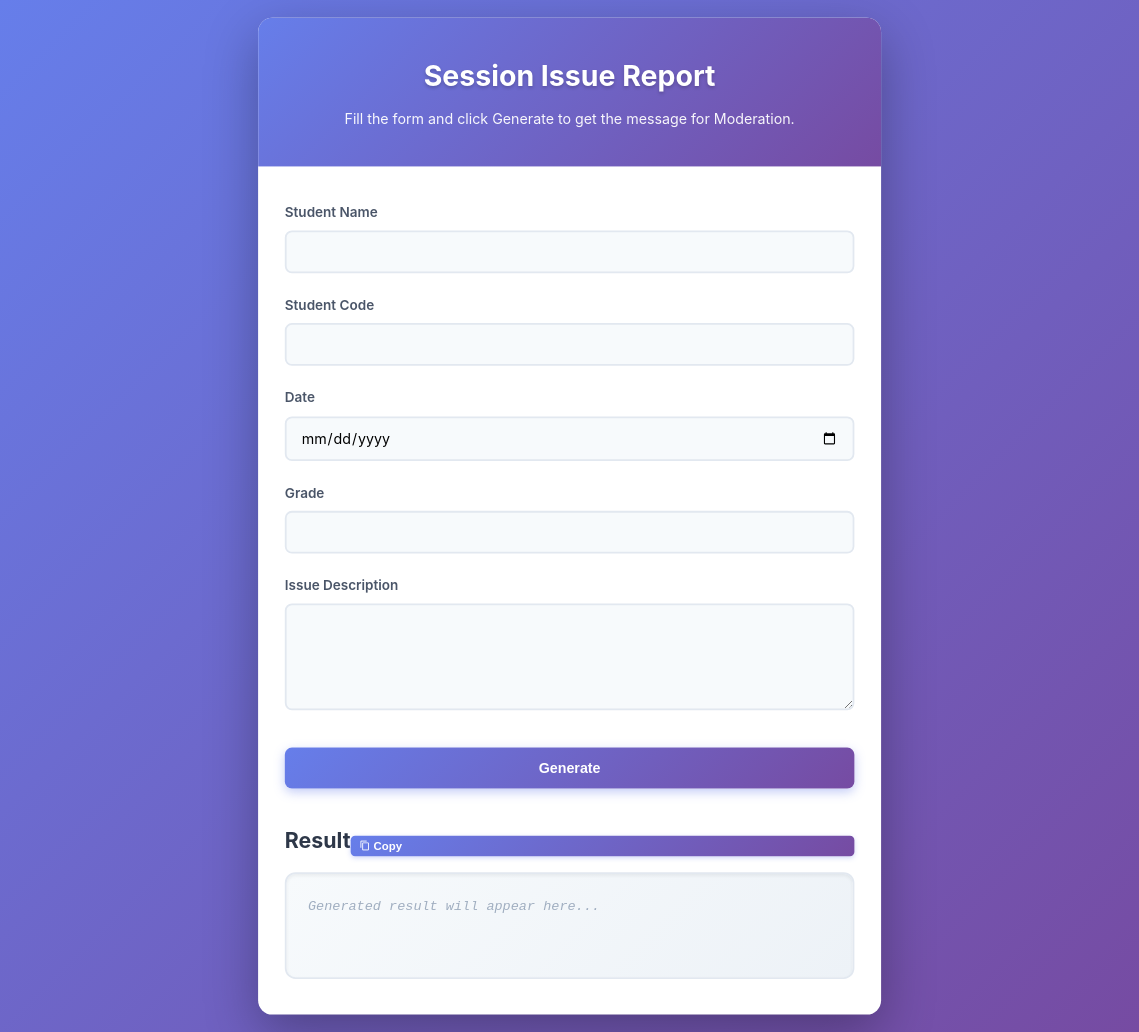
Repository: shklala/feedback-creator
Page: index.html
These files come from the project's save history. The page is drawn as it stood at one moment and after the next save; the edit follows.
The browser window is 1280 px wide. The pictures show the whole page, at 89% of full size.

Above is the page before, as saved 2025-11-15 19:01:20.

After the next save:
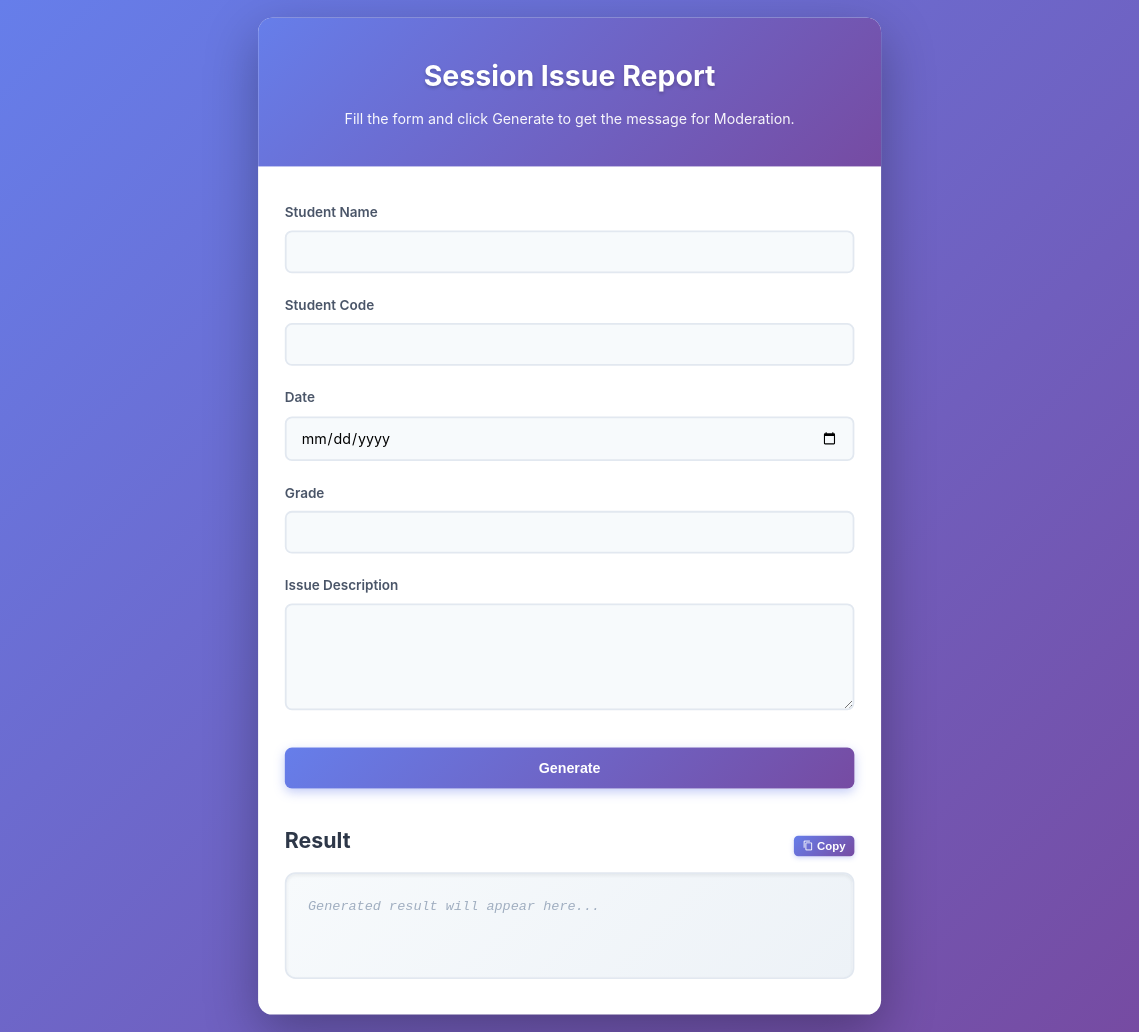
Saved 43 s later.
--- a/index.html
+++ b/index.html
@@ -152,6 +152,8 @@
             cursor: pointer;
             transition: all 0.3s ease;
             box-shadow: 0 2px 6px rgba(102, 126, 234, 0.3);
+            width: auto;
+            white-space: nowrap;
         }
 
         .copy-button:hover {
